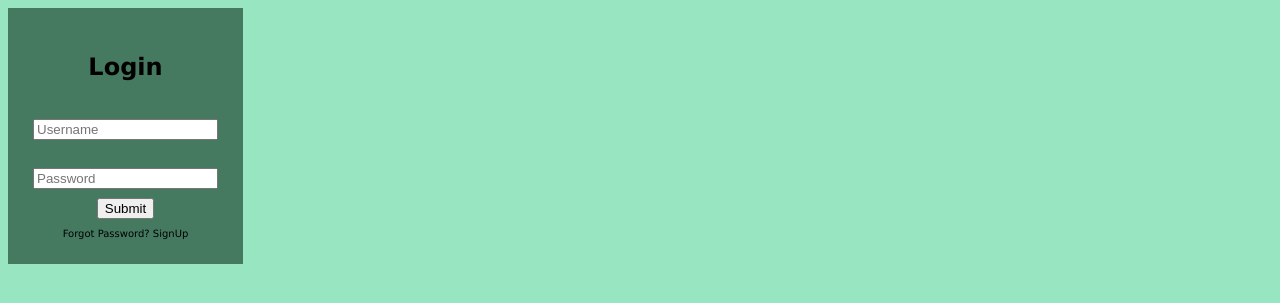
Repository: busra-kayaa/LoginPage
Page: login.html
The author's editor kept a copy of each file at every save. The page is drawn from the files as they stood at one save, then again after the next save.
The browser window is 1280 px wide. The pictures show the whole page.

Above is the page before, as saved 2023-12-28 20:01:32.

### login.html
<!DOCTYPE html>
<html>
    <head>
        <title>Login Page</title>
        <link rel="stylesheet" href="./style.css" type="text/css"/>
    </head>
    <body>
        <div class="login-from-container">
            <h2>Login</h2>
            <div class="input-group">
                <i class="fa fa-user"></i>
                <input
                    type="text"
                    placeholder="Username"
                    class="input-text"
                    autocomplete="off"
                />
            </div>
            <div class="input-group">
                <i class="fa fa-unclok-alt"></i>
                <input
                    type="password"
                    placeholder="Password"
                    class="input-text"
                    autocomplete="off"
                />
            </div>
            <div class="subgroup">
                <div class="button-group" id="login-button">
                    <button onclick="alert('Bilgileriniz Başarıyla Alınmıştır.')">Submit</button>
                </div>
                <div class="footer">
                    <a>Forgot Password?</a>
                    <a>SignUp</a>
                </div>
            </div>
        </div>
    </body>
</html>

### style.css
body {
    background-color:rgb(151, 230, 193);
    display: flex;
    flex-direction: row;
    align-items: center;
    font-family:'Lucida Sans';
}

.login-from-container {
    background-color: rgb(70, 122, 96);
    display: flex;
    flex-direction: column;
    align-items: center;
    text-align: center;
    padding: 25px;
}
.input-group {
    margin-top: 10%;
    margin-bottom: 5%;
}
.button-group {
    display: flex;
    justify-content: center;
    align-items: center;
    font-size: 15px;
}
.subgroup {
 gap: 20px;
}
.footer {
    margin-top: 7%;
    font-size: 10px;
}

After the next save:
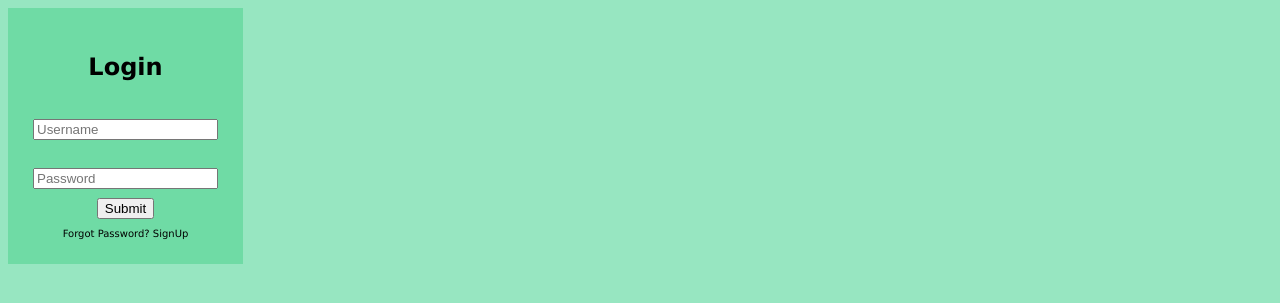
Saved 6 s later.
--- a/style.css
+++ b/style.css
@@ -7,7 +7,7 @@ body {
 }
 
 .login-from-container {
-    background-color: rgb(70, 122, 96);
+    background-color: rgb(111, 219, 165);
     display: flex;
     flex-direction: column;
     align-items: center;
